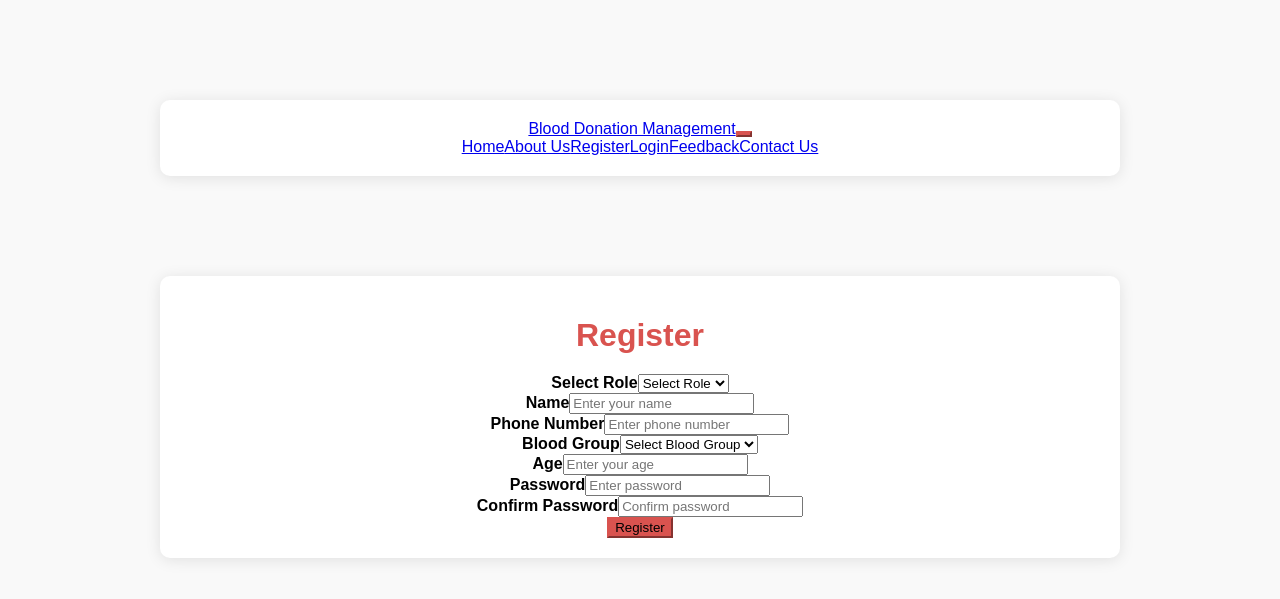
Repository: krismehta02/MINI-PROJECT-MAY
Page: /register (app in blood-donation-frontend/)
The author's editor kept a copy of each file at every save. The page is drawn from the files as they stood at one save, then again after the next save.
The browser window is 1280 px wide. The pictures show the whole page.
The project was rebuilt for these pictures with package versions that can differ from the ones it lists, and the page was loaded fresh each time. Also part of the build but not shown: blood-donation-frontend/vite.config.js, blood-donation-frontend/src/pages/Home.jsx, blood-donation-frontend/src/pages/AboutUs.jsx, blood-donation-frontend/src/pages/Login.jsx, blood-donation-frontend/src/pages/Feedback.jsx, blood-donation-frontend/src/pages/ContactUs.jsx.

Above is the page before, as saved 2025-05-12 00:15:09.

### blood-donation-frontend/src/index.css
body {
  font-family: Arial, sans-serif;
  background-color: #f9f9f9;
  margin: 0;
  padding: 0;
}

.container {
  background-color: #ffffff;
  padding: 20px 30px;
  border-radius: 10px;
  box-shadow: 0 2px 15px rgba(0,0,0,0.1);
  margin-bottom: 40px;
  margin-top: 100px; /* Prevent navbar overlap */
  max-width: 900px; /* Set max width for page content */
  margin-left: auto;
  margin-right: auto;
  text-align: center;
}

.container h1 {
  color: #d9534f;
  margin-bottom: 20px;
}

.container textarea {
  resize: none;
}

button {
  background-color: #d9534f;
  border-color: #d9534f;
}

button:hover {
  background-color: #c9302c;
  border-color: #ac2925;
}

.container label {
  font-weight: bold;
}

.container textarea {
  margin-bottom: 20px;
  border-radius: 5px;
  padding: 10px;
}

### blood-donation-frontend/src/App.jsx
import React from 'react';
import { BrowserRouter as Router, Routes, Route } from 'react-router-dom';
import AppNavbar from './components/Navbar';
import Home from './pages/Home';
import AboutUs from './pages/AboutUs';
import Register from './pages/Register';
import Login from './pages/Login';
import Feedback from './pages/Feedback';
import ContactUs from './pages/ContactUs';

function App() {
  return (
    <Router>
      <AppNavbar />
      <Routes>
        <Route path="/" element={<Home />} />
        <Route path="/about" element={<AboutUs />} />
        <Route path="/register" element={<Register />} />
        <Route path="/login" element={<Login />} />
        <Route path="/feedback" element={<Feedback />} />
        <Route path="/contact" element={<ContactUs />} />
      </Routes>
    </Router>
  );
}

export default App;

### blood-donation-frontend/src/components/Navbar.jsx
import { Container, Nav, Navbar } from "react-bootstrap";
import { Link } from "react-router-dom";

function AppNavbar() {
  return (
    <Navbar bg="dark" variant="dark" expand="lg" sticky="top">
      <Container>
        <Navbar.Brand as={Link} to="/" className="mx-auto">
          Blood Donation Management
        </Navbar.Brand>
        <Navbar.Toggle aria-controls="navbar-nav" />
        <Navbar.Collapse id="navbar-nav" className="justify-content-center">
          <Nav>
            <Nav.Link as={Link} to="/">Home</Nav.Link>
            <Nav.Link as={Link} to="/about">About Us</Nav.Link>
            <Nav.Link as={Link} to="/register">Register</Nav.Link>
            <Nav.Link as={Link} to="/login">Login</Nav.Link>
            <Nav.Link as={Link} to="/feedback">Feedback</Nav.Link>
            <Nav.Link as={Link} to="/contact">Contact Us</Nav.Link>
          </Nav>
        </Navbar.Collapse>
      </Container>
    </Navbar>
  );
}

export default AppNavbar;

### blood-donation-frontend/src/pages/Register.jsx
import React, { useState } from 'react';
import { Form, Button } from 'react-bootstrap';
import { useNavigate } from 'react-router-dom';

function Register() {
  const [role, setRole] = useState('');
  const [name, setName] = useState('');
  const [phone, setPhone] = useState('');
  const [bloodGroup, setBloodGroup] = useState('');
  const [age, setAge] = useState('');
  const [password, setPassword] = useState('');
  const [confirmPassword, setConfirmPassword] = useState('');
  const navigate = useNavigate();

  // Handle input changes
  const handleChange = (e) => {
    const { name, value } = e.target;
    if (name === 'role') setRole(value);
    else if (name === 'name') setName(value);
    else if (name === 'phone') setPhone(value);
    else if (name === 'bloodGroup') setBloodGroup(value);
    else if (name === 'age') setAge(value);
    else if (name === 'password') setPassword(value);
    else if (name === 'confirmPassword') setConfirmPassword(value);
  };

  // Handle form submission
  const handleSubmit = (e) => {
    e.preventDefault();

    // Check if age is greater than 18
    if (age < 18) {
      alert("You must be 18 years or older to register.");
      return;
    }

    // Check if passwords match
    if (password !== confirmPassword) {
      alert("Passwords do not match!");
      return;
    }

    alert('Registration successful!');
    navigate('/'); // Redirect to home page after successful registration
  };

  return (
    <div className="container mt-5">
      <h1>Register</h1>
      <Form onSubmit={handleSubmit}>
        {/* User Role Dropdown */}
        <Form.Group controlId="formRole">
          <Form.Label>Select Role</Form.Label>
          <Form.Control
            as="select"
            name="role"
            value={role}
            onChange={handleChange}
            required
          >
            <option value="">Select Role</option>
            <option value="patient">Patient</option>
            <option value="donor">Donor</option>
          </Form.Control>
        </Form.Group>

        {/* Name Field */}
        <Form.Group controlId="formName" className="mt-3">
          <Form.Label>Name</Form.Label>
          <Form.Control
            type="text"
            name="name"
            placeholder="Enter your name"
            value={name}
            onChange={handleChange}
            required
          />
        </Form.Group>

        {/* Phone Field */}
        <Form.Group controlId="formPhone" className="mt-3">
          <Form.Label>Phone Number</Form.Label>
          <Form.Control
            type="text"
            name="phone"
            placeholder="Enter phone number"
            value={phone}
            onChange={handleChange}
            required
          />
        </Form.Group>

        {/* Blood Group Dropdown */}
        <Form.Group controlId="formBloodGroup" className="mt-3">
          <Form.Label>Blood Group</Form.Label>
          <Form.Control
            as="select"
            name="bloodGroup"
            value={bloodGroup}
            onChange={handleChange}
            required
          >
            <option value="">Select Blood Group</option>
            <option value="A+">A+</option>
            <option value="A-">A-</option>
            <option value="B+">B+</option>
            <option value="B-">B-</option>
            <option value="O+">O+</option>
            <option value="O-">O-</option>
            <option value="AB+">AB+</option>
            <option value="AB-">AB-</option>
          </Form.Control>
        </Form.Group>

        {/* Age Field */}
        <Form.Group controlId="formAge" className="mt-3">
          <Form.Label>Age</Form.Label>
          <Form.Control
            type="number"
            name="age"
            placeholder="Enter your age"
            value={age}
            onChange={handleChange}
            required
          />
        </Form.Group>

        {/* Password Field */}
        <Form.Group controlId="formPassword" className="mt-3">
          <Form.Label>Password</Form.Label>
          <Form.Control
            type="password"
            name="password"
            placeholder="Enter password"
            value={password}
            onChange={handleChange}
            required
          />
        </Form.Group>

        {/* Confirm Password Field */}
        <Form.Group controlId="formConfirmPassword" className="mt-3">
          <Form.Label>Confirm Password</Form.Label>
          <Form.Control
            type="password"
            name="confirmPassword"
            placeholder="Confirm password"
            value={confirmPassword}
            onChange={handleChange}
            required
          />
        </Form.Group>

        {/* Submit Button */}
        <Button variant="primary" type="submit" className="mt-3">
          Register
        </Button>
      </Form>
    </div>
  );
}

export default Register;

Loaded but not shown: blood-donation-frontend/index.html (common file); blood-donation-frontend/src/main.jsx (common file)

After the next save:
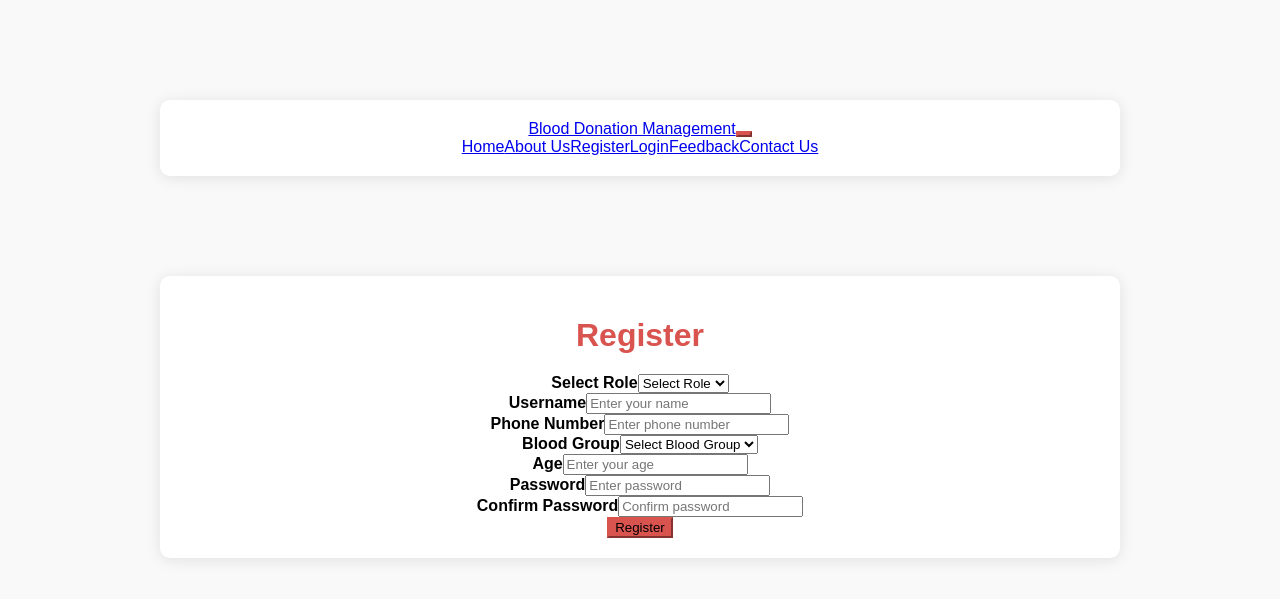
Saved 80 s later.
--- a/blood-donation-frontend/src/pages/Register.jsx
+++ b/blood-donation-frontend/src/pages/Register.jsx
@@ -1,105 +1,100 @@
 import React, { useState } from 'react';
-import { Form, Button } from 'react-bootstrap';
+import { Form, Button, Alert } from 'react-bootstrap';
 import { useNavigate } from 'react-router-dom';
+import axios from 'axios';
 
 function Register() {
   const [role, setRole] = useState('');
-  const [name, setName] = useState('');
+  const [username, setUsername] = useState('');
   const [phone, setPhone] = useState('');
   const [bloodGroup, setBloodGroup] = useState('');
   const [age, setAge] = useState('');
   const [password, setPassword] = useState('');
   const [confirmPassword, setConfirmPassword] = useState('');
+  const [errorMessage, setErrorMessage] = useState('');
   const navigate = useNavigate();
 
-  // Handle input changes
-  const handleChange = (e) => {
-    const { name, value } = e.target;
-    if (name === 'role') setRole(value);
-    else if (name === 'name') setName(value);
-    else if (name === 'phone') setPhone(value);
-    else if (name === 'bloodGroup') setBloodGroup(value);
-    else if (name === 'age') setAge(value);
-    else if (name === 'password') setPassword(value);
-    else if (name === 'confirmPassword') setConfirmPassword(value);
-  };
+  const handleSubmit = async (e) => {
+    e.preventDefault();
+    setErrorMessage('');
 
-  // Handle form submission
-  const handleSubmit = (e) => {
-    e.preventDefault();
-
-    // Check if age is greater than 18
     if (age < 18) {
-      alert("You must be 18 years or older to register.");
+      setErrorMessage('You must be 18 years or older to register.');
       return;
     }
 
-    // Check if passwords match
     if (password !== confirmPassword) {
-      alert("Passwords do not match!");
+      setErrorMessage('Passwords do not match!');
       return;
     }
 
-    alert('Registration successful!');
-    navigate('/'); // Redirect to home page after successful registration
+    if (!/^[6-9][0-9]{9}$/.test(phone)) {
+      setErrorMessage('Phone number must be exactly 10 digits and should not start with 0 to 5.');
+      return;
+    }
+
+    try {
+      // Send data to backend
+      const response = await axios.post('http://localhost:5000/register', {
+        role,
+        username,
+        phone_number: phone,
+        blood_group: bloodGroup,
+        age,
+        password,
+      });
+
+      alert(response.data.message);
+      navigate('/');  // Redirect to home or login page after registration
+
+    } catch (error) {
+      setErrorMessage('Registration failed. Please try again.');
+      console.error(error);
+    }
   };
 
   return (
     <div className="container mt-5">
       <h1>Register</h1>
+
+      {errorMessage && <Alert variant="danger" className="mt-3">{errorMessage}</Alert>}
+
       <Form onSubmit={handleSubmit}>
-        {/* User Role Dropdown */}
+
         <Form.Group controlId="formRole">
           <Form.Label>Select Role</Form.Label>
-          <Form.Control
-            as="select"
-            name="role"
-            value={role}
-            onChange={handleChange}
-            required
-          >
+          <Form.Control as="select" value={role} onChange={(e) => setRole(e.target.value)} required>
             <option value="">Select Role</option>
             <option value="patient">Patient</option>
             <option value="donor">Donor</option>
           </Form.Control>
         </Form.Group>
 
-        {/* Name Field */}
-        <Form.Group controlId="formName" className="mt-3">
-          <Form.Label>Name</Form.Label>
+        <Form.Group controlId="formUsername" className="mt-3">
+          <Form.Label>Username</Form.Label>
           <Form.Control
             type="text"
-            name="name"
             placeholder="Enter your name"
-            value={name}
-            onChange={handleChange}
+            value={username}
+            onChange={(e) => setUsername(e.target.value)}
             required
           />
         </Form.Group>
 
-        {/* Phone Field */}
         <Form.Group controlId="formPhone" className="mt-3">
           <Form.Label>Phone Number</Form.Label>
           <Form.Control
             type="text"
-            name="phone"
             placeholder="Enter phone number"
             value={phone}
-            onChange={handleChange}
+            onChange={(e) => setPhone(e.target.value)}
             required
           />
         </Form.Group>
 
-        {/* Blood Group Dropdown */}
         <Form.Group controlId="formBloodGroup" className="mt-3">
           <Form.Label>Blood Group</Form.Label>
-          <Form.Control
-            as="select"
-            name="bloodGroup"
-            value={bloodGroup}
-            onChange={handleChange}
-            required
-          >
+          <Form.Control as="select" value={bloodGroup} onChange={(e) => setBloodGroup(e.target.value)} required>
             <option value="">Select Blood Group</option>
             <option value="A+">A+</option>
             <option value="A-">A-</option>
@@ -112,46 +107,39 @@ function Register() {
           </Form.Control>
         </Form.Group>
 
-        {/* Age Field */}
         <Form.Group controlId="formAge" className="mt-3">
           <Form.Label>Age</Form.Label>
           <Form.Control
             type="number"
-            name="age"
             placeholder="Enter your age"
             value={age}
-            onChange={handleChange}
+            onChange={(e) => setAge(e.target.value)}
             required
           />
         </Form.Group>
 
-        {/* Password Field */}
         <Form.Group controlId="formPassword" className="mt-3">
           <Form.Label>Password</Form.Label>
           <Form.Control
             type="password"
-            name="password"
             placeholder="Enter password"
             value={password}
-            onChange={handleChange}
+            onChange={(e) => setPassword(e.target.value)}
             required
           />
         </Form.Group>
 
-        {/* Confirm Password Field */}
         <Form.Group controlId="formConfirmPassword" className="mt-3">
           <Form.Label>Confirm Password</Form.Label>
           <Form.Control
             type="password"
-            name="confirmPassword"
             placeholder="Confirm password"
             value={confirmPassword}
-            onChange={handleChange}
+            onChange={(e) => setConfirmPassword(e.target.value)}
             required
           />
         </Form.Group>
 
-        {/* Submit Button */}
         <Button variant="primary" type="submit" className="mt-3">
           Register
         </Button>
